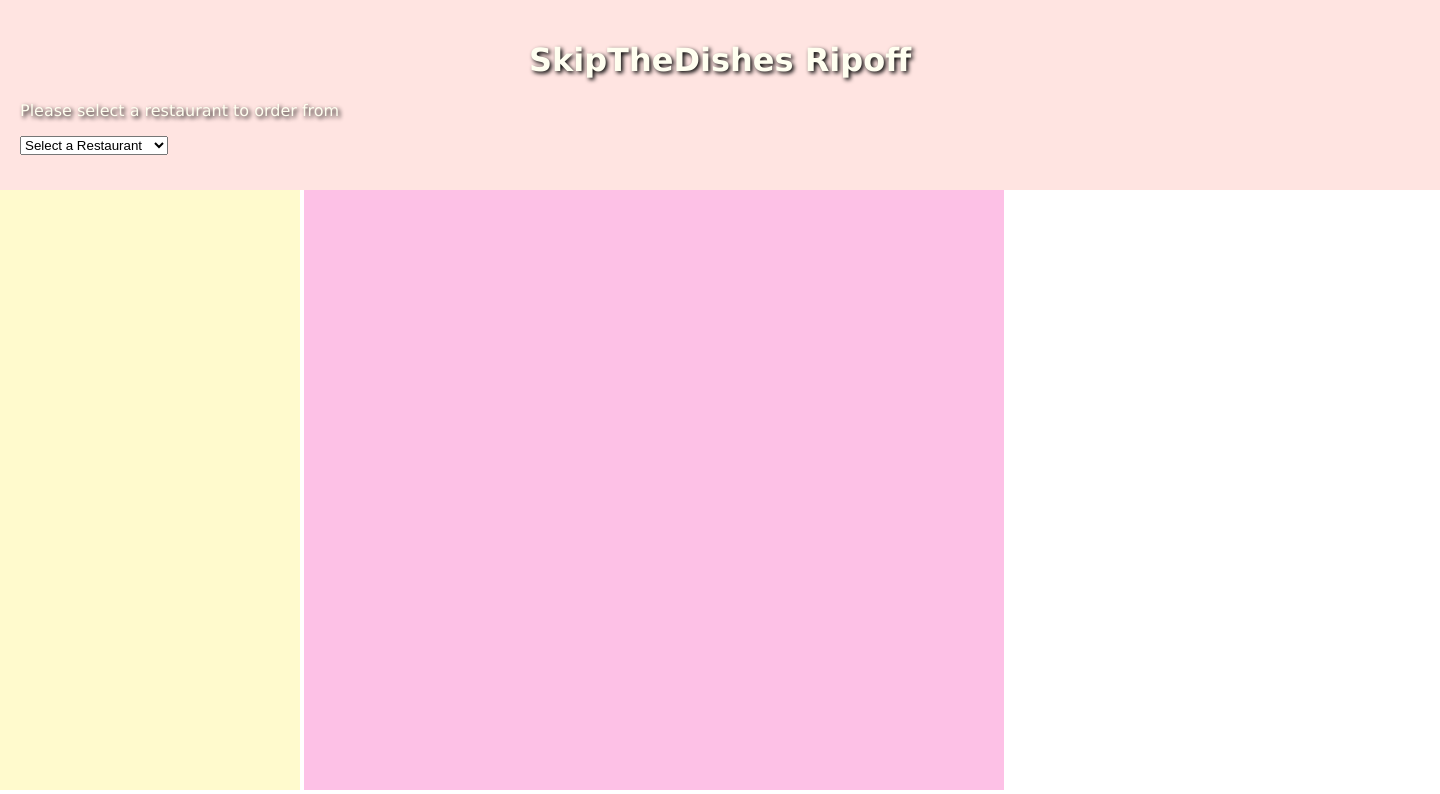
Repository: hudaali14/Carleton
Page: 2406/Assignments/Assignment1 (97)/order.html
The author's editor kept a copy of each file at every save. The page is drawn from the files as they stood at one save, then again after the next save.
The browser window is 1280 px wide. The page is 1440 px wide, so the pictures cover 1440 px, including what lies to the right of the window. The pictures show the whole page.

Above is the page before, as saved 2020-01-25 16:37:28.

### 2406/Assignments/Assignment1 (97)/order.html
<html>
    <head>
        <title> Title </title>
        <link rel="stylesheet" href="style.css">
    </head>
    <body onload="init()">
        <div id="header">
            <h1>SkipTheDishes Ripoff</h1>
            <div id="dropdownText">
                <p>Please select a restaurant to order from</p>
                <select id="dropdown">
                    <option value="select a restaurant" selected>Select a Restaurant</option>
                </select>
            </div>
        </div>

        <div id="categories">
        </div>

        <div id="display">
        </div>

        <script src="client.js"></script>
    </body>
</html>

### 2406/Assignments/Assignment1 (97)/style.css
#header{
    width: 1400px;
    height: 150px;
    margin: 0px;
    padding: 20px;
    border: 0px;
    text-align: center;
    background-color: mistyrose;
    color: ivory;
    text-shadow: 2px 2px 4px #000000;
    font-family: 'Lucida Sans';
}

#dropdownText{
    text-align:left;
}

#categories{
    width: 300px;
    height: 600px;
    background-color: lemonchiffon;
    color: black;
    overflow: auto;
    display: inline-block;
    border: 0px;
    margin: 0px;
}

#display{
    width: 700px;
    height: 600px;
    background-color: rgb(253, 193, 230);
    display: inline-block;
    border: 0px;
    margin: 0px;
}


body{
    margin : 0;
}

### 2406/Assignments/Assignment1 (97)/client.js
let aragorn = {
	name: "Aragorn's Orc BBQ", //The name of the restaurant
	min_order: 20, //The minimum order amount required to place an order
	delivery_charge: 5, //The delivery charge for this restaurant
	//The menu
	menu: {
		//First category
		"Appetizers": {
			//First item of this category
			0: {
				name: "Orc feet",
				description: "Seasoned and grilled over an open flame.", //
				price: 5.50
			},
			1: {
				name: "Pickled Orc fingers",
				description: "Served with warm bread, 5 per order.",
				price: 4.00
			},
			2: { //Thank you Kiratchii
				name: "Sauron's Lava Soup",
				description: "It's just really spicy water.",
				price: 7.50
			},
			3: {
				name: "Eowyn's (In)Famous Stew",
				description: "Bet you can't eat it all.",
				price: 0.50
			},
			4: {
				name: "The 9 rings of men.",
				description: "The finest of onion rings served with 9 different dipping sauces.",
				price: 14.50
			}
		},
		"Combos": {
			5: {
				name: "Buying the Farm",
				description: "An arm and a leg, a side of cheek meat, and a buttered biscuit.",
				price: 15.99
			},
			6: {
				name: "The Black Gate Box",
				description: "Lots of unidentified pieces. Serves 50.",
				price: 65.00
			},
			7: {//Thanks to M_Sabeyon
				name: "Mount Doom Roast Special with Side of Precious Onion Rings.",
				description: "Smeagol's favorite.",
				price: 15.75
			},
			8: { //Thanks Shar[TA]
				name: "Morgoth's Scorched Burgers with Chips",
				description: "Blackened beyond recognition.",
				price: 13.33

			},
			10: {
				name: "Slab of Lurtz Meat with Greens.",
				description: "Get it while supplies last.",
				price: 17.50
			},
			11: {
				name: "Rangers Field Feast.",
				description: "Is it chicken? Is it rabbit? Or...",
				price: 5.99
			}
		},
		"Drinks": {
			12: {
				name: "Orc's Blood Mead",
				description: "It's actually raspberries - Orc's blood would be gross.",
				price: 5.99
			},
			13: {
				name: "Gondorian Grenache",
				description: "A fine rose wine.",
				price: 7.99
			},
			14: {
				name: "Mordor Mourvedre",
				description: "A less-fine rose wine.",
				price: 5.99
			}
		}
	}
};

let legolas = {
	name: "Lembas by Legolas",
	min_order: 15,
	delivery_charge: 3.99,
	menu: {
		"Lembas": {
			0: {
				name: "Single",
				description: "One piece of lembas.",
				price: 3
			},
			1: {
				name: "Double",
				description: "Two pieces of lembas.",
				price: 5.50
			},
			2: {
				name: "Triple",
				description: "Three pieces, which should be more than enough.",
				price: 8.00
			}
		},
		"Combos": {
			3: {
				name: "Second Breakfast",
				description: "Two pieces of lembas with honey.",
				price: 7.50
			},
			4: {
				name: "There and Back Again",
				description: "All you need for a long journey - 6 pieces of lembas, salted pork, and a flagon of wine.",
				price: 25.99
			},
			5: {
				name: "Best Friends Forever",
				description: "Lembas and a heavy stout.",
				price: 6.60
			}
		}
	}
};

let frodo = {
	name: "Frodo's Flapjacks",
	min_order: 35,
	delivery_charge: 6,
	menu: {
		"Breakfast": {
			0: {
				name: "Hobbit Hash",
				description: "Five flapjacks, potatoes, leeks, garlic, cheese.",
				price: 9.00
			},
			1: {
				name: "The Full Flapjack Breakfast",
				description: "Eight flapjacks, two sausages, 3 eggs, 4 slices of bacon, beans, and a coffee.",
				price: 14.00
			},
			2: {
				name: "Southfarthing Slammer",
				description: "15 flapjacks and 2 pints of syrup.",
				price: 12.00
			}

		},
		"Second Breakfast": {
			3: {
				name: "Beorning Breakfast",
				description: "6 flapjacks smothers in honey.",
				price: 7.50
			},
			4: {
				name: "Shire Strawberry Special",
				description: "6 flapjacks and a hearty serving of strawberry jam.",
				price: 8
			},
			5: {
				name: "Buckland Blackberry Breakfast",
				description: "6 flapjacks covered in fresh blackberries. Served with a large side of sausage.",
				price: 14.99
			}
		},
		"Elevenses": {
			6: {
				name: "Lembas",
				description: "Three pieces of traditional Elvish Waybread",
				price: 7.70
			},
			7: {
				name: "Muffins of the Marish",
				description: "A variety of 8 different types of muffins, served with tea.",
				price: 9.00
			},
			8: {
				name: "Hasty Hobbit Hash",
				description: "Potatoes with onions and cheese. Served with coffee.",
				price: 5.00
			}
		},
		"Luncheon": {
			9: {
				name: "Shepherd's Pie",
				description: "A classic. Includes 3 pies.",
				price: 15.99
			},
			10: {
				name: "Roast Pork",
				description: "An entire pig slow-roasted over a fire.",
				price: 27.99
			},
			11: {
				name: "Fish and Chips",
				description: "Fish - fried. Chips - nice and crispy.",
				price: 5.99
			}
		},
		"Afternoon Tea": {
			12: {
				name: "Tea",
				description: "Served with sugar and cream.",
				price: 3
			},
			13: {
				name: "Coffee",
				description: "Served with sugar and cream.",
				price: 3.50
			},
			14: {
				name: "Cookies and Cream",
				description: "A dozen cookies served with a vat of cream.",
				price: 15.99
			},
			15: {
				name: "Mixed Berry Pie",
				description: "Fresh baked daily.",
				price: 7.00
			}
		},
		"Dinner": {
			16: {
				name: "Po-ta-to Platter",
				description: "Boiled. Mashed. Stuck in a stew.",
				price: 6
			},
			17: {
				name: "Bree and Apple",
				description: "One wheel of brie with slices of apple.",
				price: 7.99
			},
			18: {
				name: "Maggot's Mushroom Mashup",
				description: "It sounds disgusting, but its pretty good",
				price: 6.50
			},
			19: {
				name: "Fresh Baked Bread",
				description: "A whole loaf of the finest bread the Shire has to offer.",
				price: 6
			},
			20: {
				name: "Pint of Ale",
				description: "Yes, it comes in pints.",
				price: 5
			}
		},
		"Supper": {
			21: {
				name: "Sausage Sandwich",
				description: "Six whole sausages served on a loaf of bread. Covered in onions, mushrooms and gravy.",
				price: 15.99
			},
			22: {
				name: "Shire Supper",
				description: "End the day as you started it, with a dozen flapjacks, 5 eggs, 3 sausages, 7 pieces of bacon, and a pint of ale.",
				price: 37.99
			}
		}
	}
};

let restaurants = [aragorn, legolas, frodo];
let items = [];


function init(){
	let r = document.getElementById("dropdown");
	for(i = 0; i<restaurants.length; i++){
		let resoptions = document.createElement("option");
		str = JSON.stringify(restaurants[i].name);
		resoptions.value = str;
		resoptions.text = str;
		r.appendChild(resoptions);
	}
	let category = document.getElementById("categories");
	r.onchange= displayMenu;
}

function displayMenu(){
	let dropdownMenu=document.getElementById("dropdown");
	let category=document.getElementById("categories");
	// if(items.length == 0){
	// 	if(confirm("There is a current order with items in it. Do you want to clear the order?")){
	// 		items = [];
	// 		return;
	// 	}
	// }
	category.innerHTML="";
	if(dropdownMenu.selectedIndex==1){
		let aragornMenu= ["Appetizers", "Combos","Drinks"];
		aragornMenu.forEach(element => {
			let para =document.createElement("p");
			para.innerHTML=element;
			category.appendChild(para);
		});
	}else if(dropdownMenu.selectedIndex==2){
		let legolasMenu=["Lembas", "Combos"];
		legolasMenu.forEach(element => {
			let para =document.createElement("p");
			para.innerHTML=element;
			category.appendChild(para);
		});
	}else if(dropdownMenu.selectedIndex==3){
		let frodoMenu=["Breakfast","Second Breakfast","Elevenses","Luncheon","Afternoon Tea","Dinner","Supper"];
		frodoMenu.forEach(element => {
			let para =document.createElement("p");
			para.innerHTML=element;
			category.appendChild(para);
		});
	}else{
		let x=5;
	}
}

After the next save:
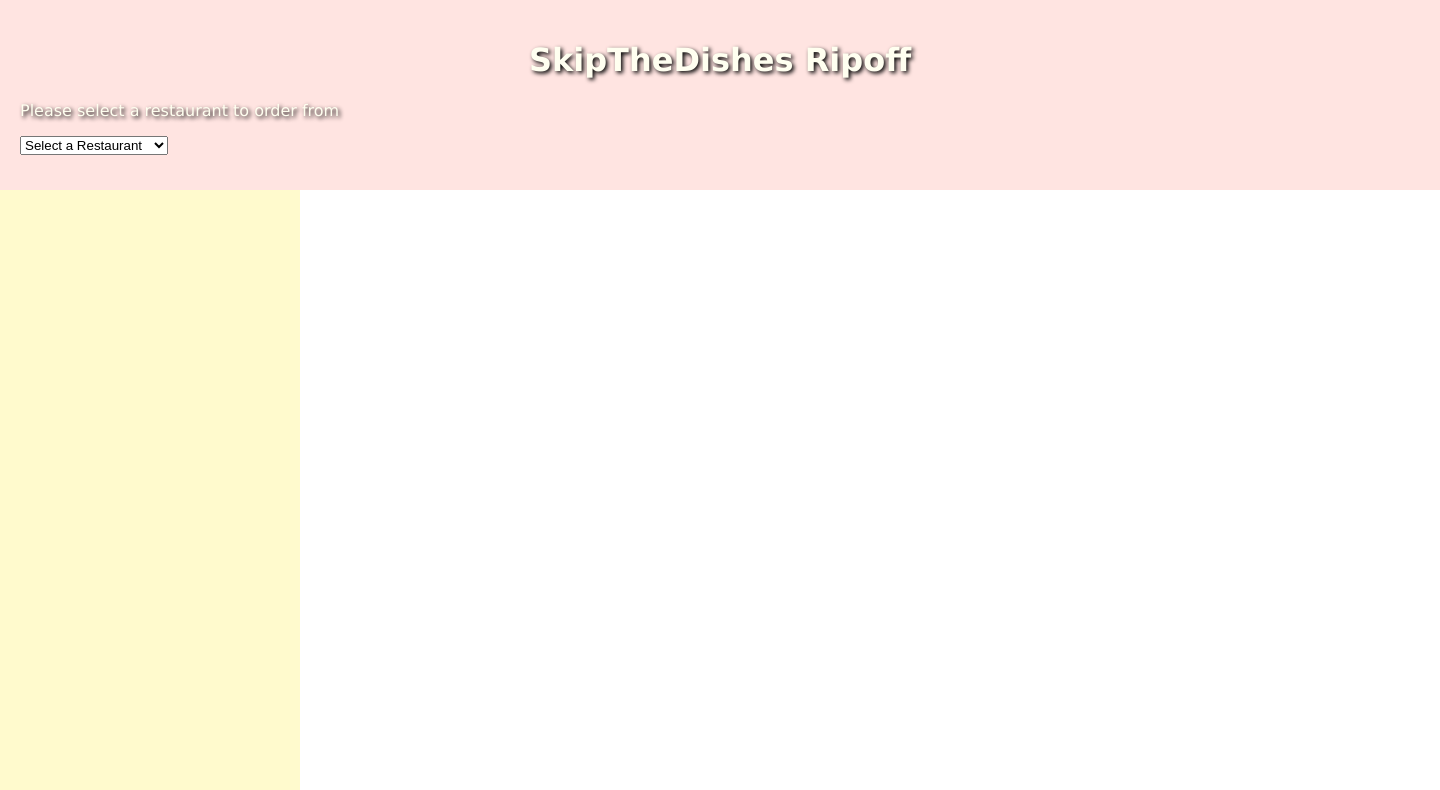
Saved 7 min 4 s later.
--- a/2406/Assignments/Assignment1 (97)/style.css
+++ b/2406/Assignments/Assignment1 (97)/style.css
@@ -26,7 +26,7 @@
     margin: 0px;
 }
 
-#display{
+#items{
     width: 700px;
     height: 600px;
     background-color: rgb(253, 193, 230);

After the save that followed:
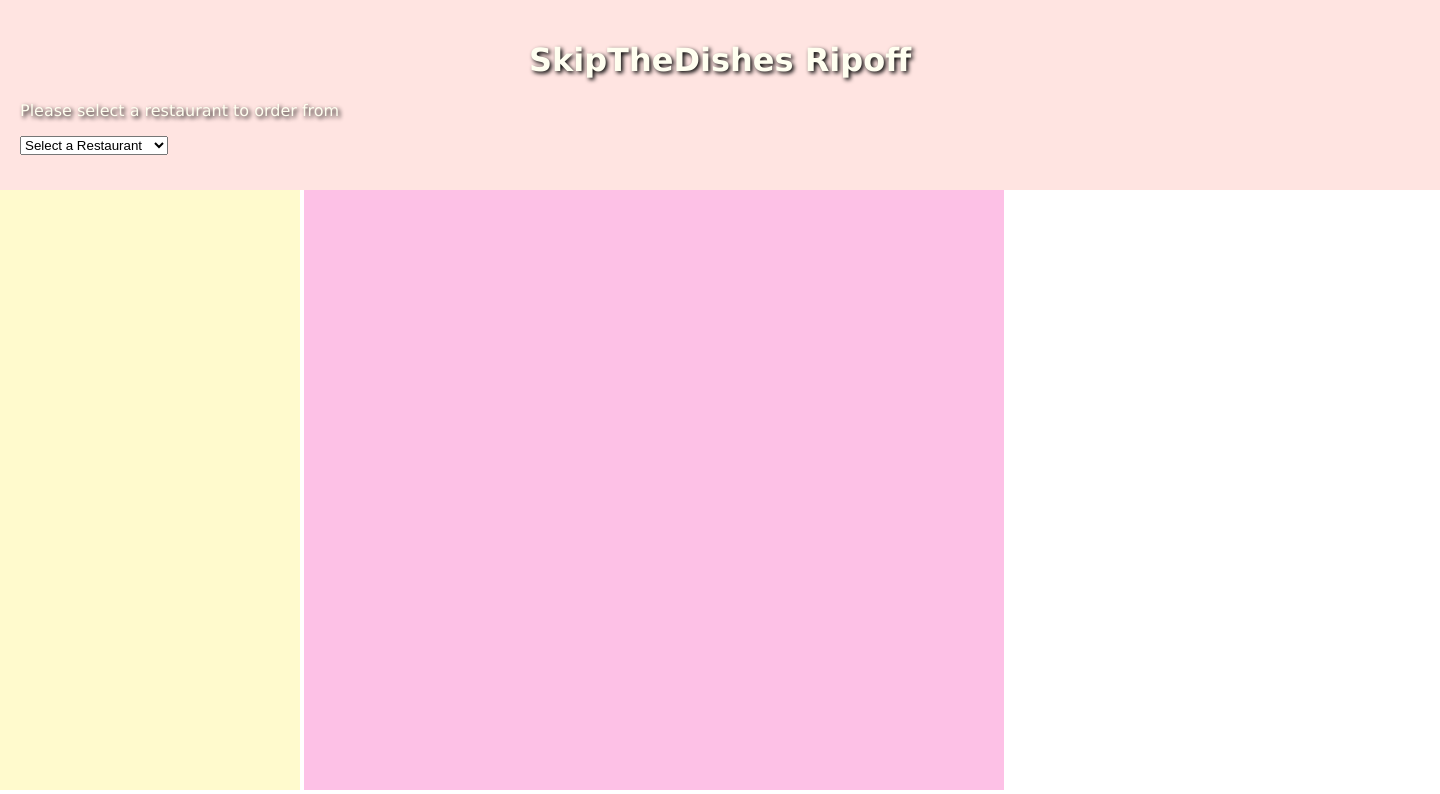
Saved 2 s later.
--- a/2406/Assignments/Assignment1 (97)/order.html
+++ b/2406/Assignments/Assignment1 (97)/order.html
@@ -17,7 +17,7 @@
         <div id="categories">
         </div>
 
-        <div id="display">
+        <div id="items">
         </div>
 
         <script src="client.js"></script>
